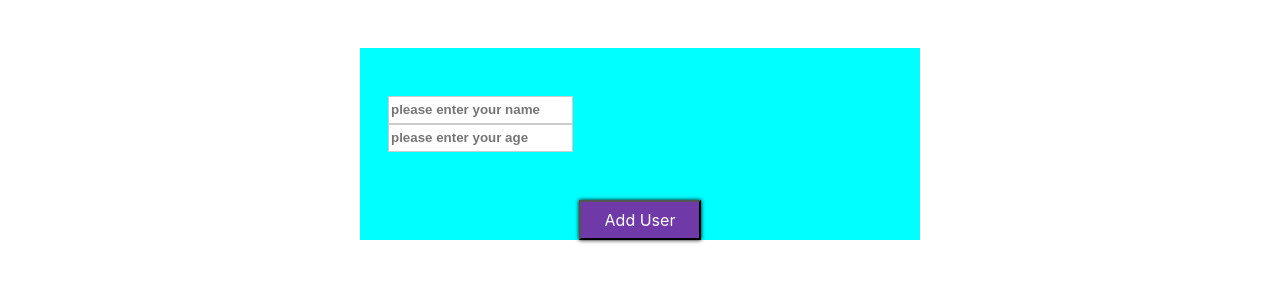
Repository: NamalPathirana/section-eight
Page: /
These files come from the project's save history. The page is drawn as it stood at one moment and after the next save; the edit follows.
The browser window is 1280 px wide. The pictures show the whole page.
The project was rebuilt for these pictures with package versions that can differ from the ones it lists, and the page was loaded fresh each time.

Above is the page before, as saved 2021-11-25 21:50:20.

After the next save:
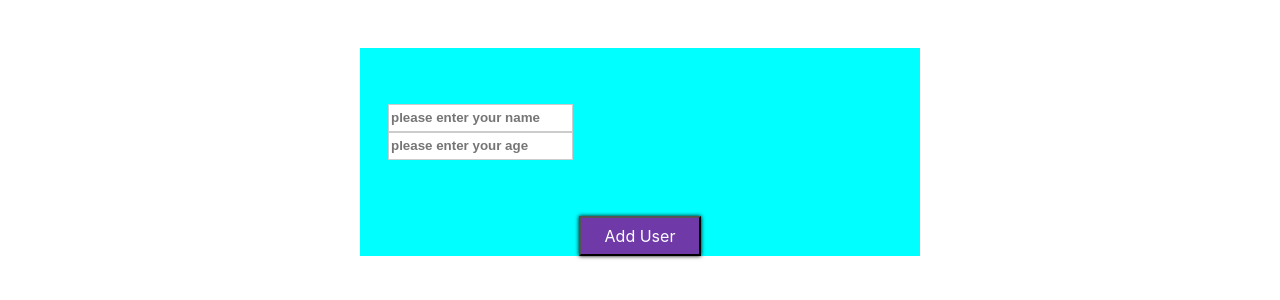
Saved 5 s later.
--- a/src/Components/UserInput/UserInput.module.css
+++ b/src/Components/UserInput/UserInput.module.css
@@ -1,6 +1,6 @@
 .frame{
     margin: 0.5rem 0.5rem;
-    padding: auto;
+    padding: 0.5rem 0.5rem;
     width: 35rem;
     max-width: 90%;
     margin: 3rem auto;
